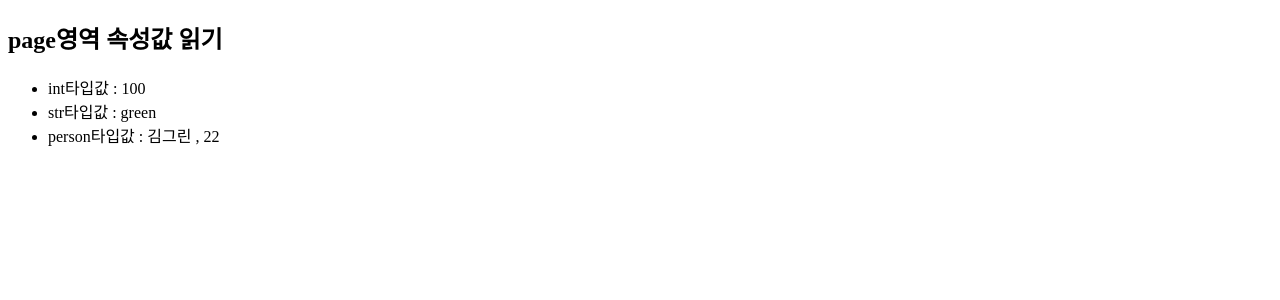
Repository: design-view/jspstudy
Page: http://localhost/GreenJsp/03Scope/pageScope.jsp
An editor plug-in stored every save of this project. The page is shown before and after the next save, followed by the edit.
The browser window is 1280 px wide. The pictures show the whole page.
The page is served by Tomcat 9. Other server files are loaded and not shown.

Above is the page before, as saved 2024-01-10 07:33:56.

### GreenJsp/src/main/webapp/03Scope/pageScope.jsp
<%@page import="common.Person"%>
<%@ page language="java" contentType="text/html; charset=UTF-8"
    pageEncoding="UTF-8"%>
<%
	pageContext.setAttribute("pageInteger", 100);
	pageContext.setAttribute("pageStr", "green");
	pageContext.setAttribute("pagePerson", new Person("김그린",22));
%>
<!DOCTYPE html>
<html>
<head>
<meta charset="UTF-8">
<title>Insert title here</title>
</head>
<body>
	<H2>page영역 속성값 읽기</H2>
	<%
		int pageint = (Integer) pageContext.getAttribute("pageInteger");
		String str = (String) pageContext.getAttribute("pageStr");
		Person p1 = (Person) pageContext.getAttribute("pagePerson");
	%>
	<ul>
		<li>int타입값 : <%=pageint%></li>
		<li>str타입값 : <%=str%></li>
		<li>person타입값 : <%=p1.getName()%> , <%=p1.getAge()%></li>
	</ul>
</body>
</html>

### GreenJsp/src/main/java/common/Person.java
package common;

public class Person {
	private String name;
	private int age;

	public Person() {}
	public Person(String name, int age) {
		this.name = name;
		this.age = age;
	}
	public String getName() {
		return name;
	}
	public void setName(String name) {
		this.name = name;
	}
	public int getAge() {
		return age;
	}
	public void setAge(int age) {
		this.age = age;
	}


}

After the next save:
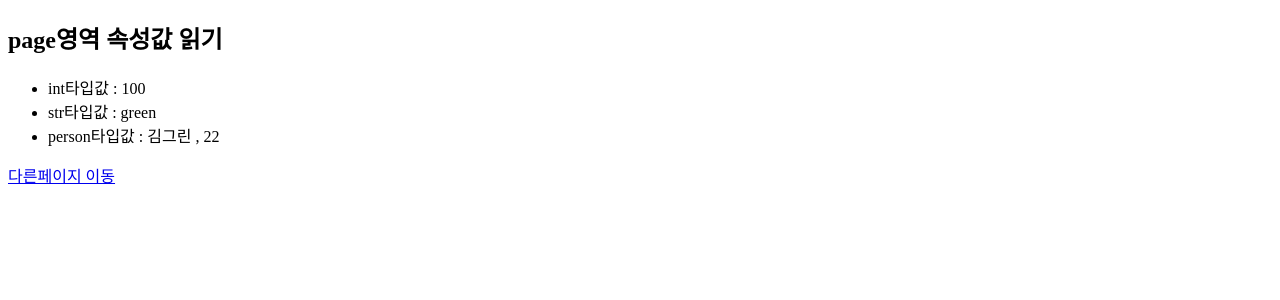
Saved 73 s later.
--- a/GreenJsp/src/main/webapp/03Scope/pageScope.jsp
+++ b/GreenJsp/src/main/webapp/03Scope/pageScope.jsp
@@ -24,5 +24,6 @@
 		<li>str타입값 : <%=str%></li>
 		<li>person타입값 : <%=p1.getName()%> , <%=p1.getAge()%></li>
 	</ul>
+	<a href="pageScope2.jsp">다른페이지 이동</a>
 </body>
 </html>
